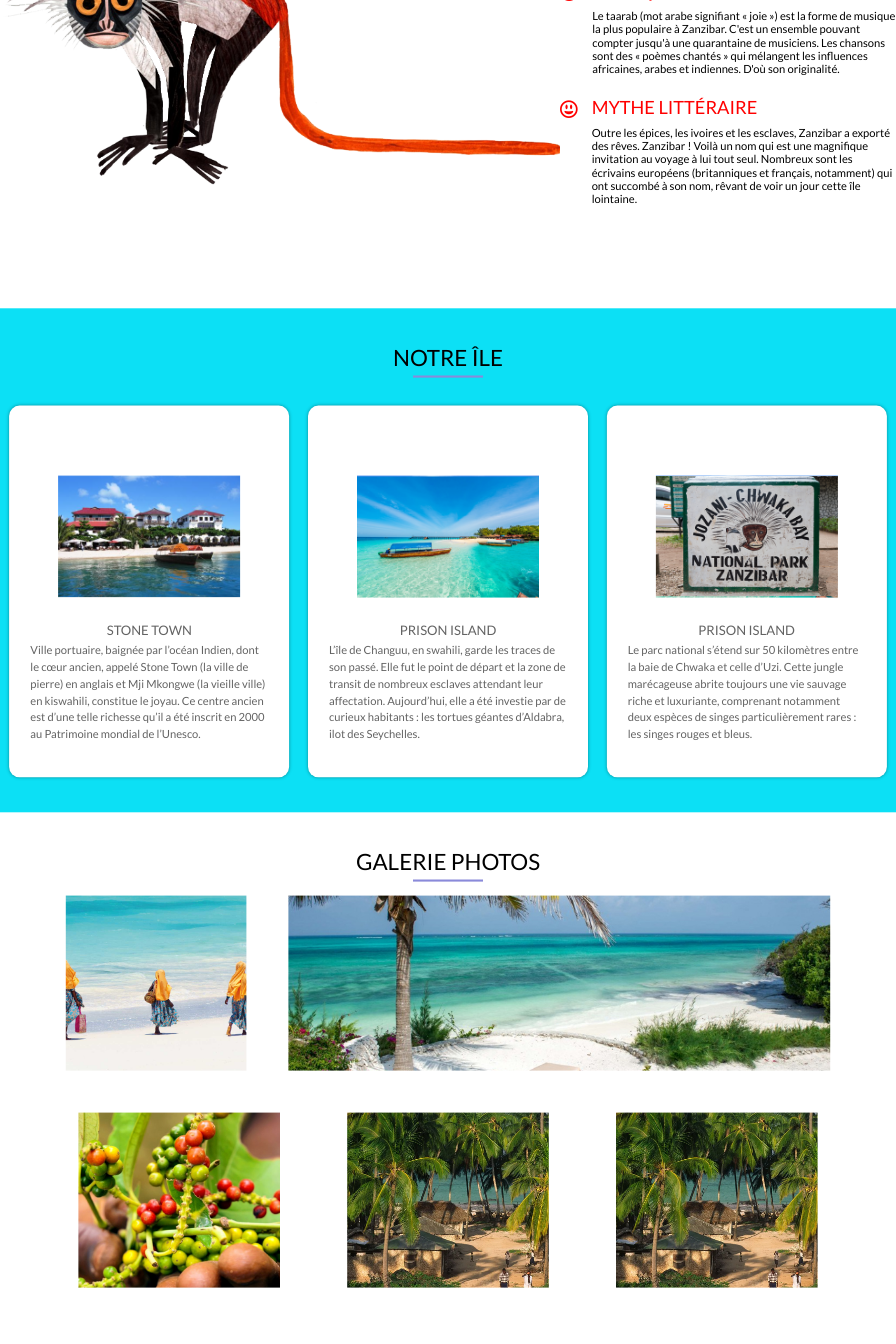
Repository: ypiard85/zanzibar
Page: index.html
These files come from the project's save history. The page is drawn as it stood at one moment and after the next save; the edit follows.
The browser window is 1280 px wide. The pictures show the part of the page from y = 1138 to 3058 px (the page is 3058 px tall), at 70% of full size.
Some web fonts or font styles are not loaded; a fallback is used.

Above is the page before, as saved 2021-03-01 11:25:43.

### index.html
<!DOCTYPE html>
<html lang="en">
  <head>
    <meta charset="UTF-8" />
    <meta http-equiv="X-UA-Compatible" content="IE=edge" />
    <meta name="viewport" content="width=device-width, initial-scale=1.0" />
    <link rel="stylesheet" href="font/font.css" />
    <link rel="stylesheet" href="./style.css" />
    <link
      rel="stylesheet"
      href="https://use.fontawesome.com/releases/v5.15.2/css/all.css"
      integrity="sha384-vSIIfh2YWi9wW0r9iZe7RJPrKwp6bG+s9QZMoITbCckVJqGCCRhc+ccxNcdpHuYu"
      crossorigin="anonymous"
    />
    <link
      href="https://fonts.googleapis.com/css?family=Lato:300,400,700"
      rel="stylesheet"
    />
    <link
      href="https://fonts.googleapis.com/css?family=Sanchez"
      rel="stylesheet"
    />
    <title> </title>
  </head>
  <body>
    <header role="header">
      <nav class="nav">
        <div class="nav_left">
          <a href="">
            Zanibar
          </a>
        </div>
        <ul class="nav_link">
          <li><a href="">Qui sommes-nous</a></li>
          <li><a href="">Notre île</a></li>
          <li><a href="">Photos</a></li>
          <li><a href="">Témoignages</a></li>
          <li><a href="">Nos séjours</a></li>
          <li><a href="">Contact</a></li>
        </ul>
      </nav>
    </header>
      <section class="image_thumbnail">
        <div class="content_thumbnail">
          <p class="titlte_first">ZANBIZAR</p>
          <p class="title_second">UN ART DE VIVRE</p>
          <p>Lorem ipsum dolor sit amet consectetur adipisicing elit.</p>
          <a href="" class="btn_plein">Notre île</a>
          <a href="" class="btn_empty">Contactez-nous</a>
        </div>
      </section>
      <section class="about">
        <div class="title">
          <p class="blue_border">Qui sommes-nous</p>
        </div>
        <div class="about_content">
          <div class="about_content_left">
            <img src="./tea.png" alt="tea image" />
          </div>
          <div class="about_content_right">
            <div class="about_content_option">
              <i class="far fa-check-circle"></i>
              <p>
                <span>RELIGIONS ET CROYANCES</span>
                La religion principale à Zanzibar est l'islam (97 %), à
                dominante sunnite. Les hindouistes constituent une toute petite
                communauté. Plusieurs minorités religieuses (musulmanes) ont élu
                domicile à Zanzibar : es ismaéliens (qui vénèrent Ismaël, l'un
                des descendants du prophète Ali, et dont le chef spirituel et
                temporel est le célèbre et richissime Aga Khan) et les dawoodis
                bohras, des Indo-Pakistanais, qui suivent les préceptes du
                Coran, mais dont la pratique religieuse, marginale, est beaucoup
                moins dogmatique.
              </p>
            </div>
            <div class="about_content_option">
              <i class="far fa-check-circle"></i>
              <p>
                <span>MUSIQUE</span>
                Le taarab (mot arabe signifiant « joie ») est la forme de
                musique la plus populaire à Zanzibar. C'est un ensemble pouvant
                compter jusqu'à une quarantaine de musiciens. Les chansons sont
                des « poèmes chantés » qui mélangent les influences africaines,
                arabes et indiennes. D'où son originalité.
              </p>
            </div>
            <div class="about_content_option">
              <i class="far fa-grin-alt"></i>
              <p>
                <span>MYTHE LITTÉRAIRE</span>
                Outre les épices, les ivoires et les esclaves, Zanzibar a
                exporté des rêves. Zanzibar ! Voilà un nom qui est une
                magnifique invitation au voyage à lui tout seul. Nombreux sont
                les écrivains européens (britanniques et français, notamment)
                qui ont succombé à son nom, rêvant de voir un jour cette île
                lointaine.
              </p>
            </div>
          </div>
        </div>
      </section>
      <section class="notre_ile">
        <div class="title">
          <p class="blue_border">Notre île</p>
        </div>
        <div class="content">
          <div class="card">
            <img src="./card/stone-town.png" alt="stone town" />
            <h3>STONE TOWN</h3>
            <p>
              Ville portuaire, baignée par l’océan Indien, dont le cœur ancien,
              appelé Stone Town (la ville de pierre) en anglais et Mji Mkongwe
              (la vieille ville) en kiswahili, constitue le joyau. Ce centre
              ancien est d’une telle richesse qu’il a été inscrit en 2000 au
              Patrimoine mondial de l’Unesco.
            </p>
          </div>
          <div class="card">
            <img src="./card/prison-island.png" alt="" />
            <h3>PRISON ISLAND</h3>
            <p>
              L’île de Changuu, en swahili, garde les traces de son passé. Elle
              fut le point de départ et la zone de transit de nombreux esclaves
              attendant leur affectation. Aujourd’hui, elle a été investie par
              de curieux habitants : les tortues géantes d’Aldabra, ilot des
              Seychelles.
            </p>
          </div>
          <div class="card">
            <img src="./card/parc-national-jozani.png" alt="" />
            <h3>PRISON ISLAND</h3>
            <p>
              Le parc national s’étend sur 50 kilomètres entre la baie de Chwaka
              et celle d’Uzi. Cette jungle marécageuse abrite toujours une vie
              sauvage riche et luxuriante, comprenant notamment deux espèces de
              singes particulièrement rares : les singes rouges et bleus.
            </p>
          </div>
        </div>
      </section>
      <section class="galerie">
        <div class="title">
          <p class="blue_border">GALERIE PHOTOS</p>
        </div>
        <div class="image_galerie">
            <div class="img_top">
              <div class="img_top_left"></div>
              <div class="img_top_right"></div>
            </div>
            <div class="img_bottom">
              <div class="img_bottom_left"></div>
              <div class="img_bottom_center"></div>
              <div class="img_bottom_right"></div>
            </div>
        </div>
      </section>
    </div>
  </body>
</html>

### font/font.css
/*! Generated by Font Squirrel (https://www.fontsquirrel.com) on June 4, 2019 */



@font-face {
    font-family: 'warnesregular';
    src: url('warnes-regular-webfont.eot');
    src: url('warnes-regular-webfont.eot?#iefix') format('embedded-opentype'),
         url('warnes-regular-webfont.woff2') format('woff2'),
         url('warnes-regular-webfont.woff') format('woff'),
         url('warnes-regular-webfont.ttf') format('truetype'),
         url('warnes-regular-webfont.svg#warnesregular') format('svg');
    font-weight: normal;
    font-style: normal;

}

### style.css
:root{
    --font-family-title: "warnesregular";
    --guillemet-citation: "Sanchez", serif;
    --font-size-title-medium: 32px;
    --button-header-blue: rgb(85, 85, 199);
    --font-size-title-red: red;
}

*{
    margin: 0;
    padding: 0;
    box-sizing: border-box;
    list-style: none;
    text-decoration: none;
    transition: 0.3s;
}

html {
    background-color: #fff;
    font-family: "Lato", "Arial", sans-serif;
}


.nav{
    background: black;
    display: flex;
    justify-content: space-around;
    align-items: center;
    padding: 5px 0;
    width: 100%;
}

section{
    padding: 50px 0;
}

.nav *{
    color: #fff;
}

.nav_left a{
    font-family: var(--font-family-title);
    font-size: 32px;
}

.nav_link{
    display: flex;
}

.nav_link li a{
    color: rgb(233, 233, 233);
    margin: 0 10px;

}

.image_thumbnail{
    background-image: url('./header.jpg');
    background-repeat: no-repeat;
    background-position: center right;
    height: 93vh;

}

.content_thumbnail{
    padding: 190px;
    color: #fff;
}

.content_thumbnail .titlte_first{
    font-size: 58px;
}

.content_thumbnail .title_second{
    font-size: 58px;
    font-weight: 100;
}

.content_thumbnail > a{
    display: inline-block;
    margin-top: 10px;
    padding: 8px 30px;
    border-radius: 8px;
    margin-right: 20px;
    font-weight: 600;
}

.btn_plein{
    background-color: white;
    color: var(--button-header-blue);
}

.btn_plein:hover{
    background-color: var(--button-header-blue);
    color: white;
}

.btn_empty{
    background-color: transparent;
    color: #fff;
    border: 2px solid #fff;
}

.btn_empty:hover{
    color: var(--button-header-blue);
    background-color: white;
}


section .title p {
    text-align: center;
    text-transform: uppercase;
    font-size: var(--font-size-title-medium);
    position: relative;
}

.blue_border::after{
    content: '';
    position: absolute;
    background-color: rgb(138, 138, 218);
    left: 0;
    right: 0;
    bottom: -10px;
    height: 3px;
    width: 100px;
    margin: 0 auto;
}

.about_content{
    margin-top: 60px;
    display: flex;
    justify-content: space-evenly;
}

.about_content_option{
    display: flex;
    margin-bottom: 30px;
}

.about_content_option i{
    font-size: 26px;
    color: var(--font-size-title-red);
    margin-right: 20px;
    margin-top: 5px;
}

.about_content_option p span{
    display: block;
    color: var(--font-size-title-red);
    font-size: 26px;
    margin-bottom: 10px;
}

.about_content_right{
    width: 500px;
}

.notre_ile{
    background-color: #0CE0F5;
}

.notre_ile > .content{
    margin-top: 50px;
}

.card{
    background-color: #FFF;
    display: flex;
    flex-direction: column;
    align-items: center;
    width: 400px;
    max-width: 100%;
    padding: 50px 30px;
    border-radius: 15px;
    box-shadow: 0 0 5px rgba(0, 0, 0, 0.411);
    color: rgb(99, 99, 99);
}

.card *{
    font-weight: normal ;
}

.card h3{
    margin-bottom: 5px;
}

.card p{
    line-height: 1.5rem;
}

.card img{
    width: 260px;
}

.notre_ile .content{
    display: flex;
    align-items: center;
    justify-content: space-around;

}

.image_galerie{
    display: flex;
    flex-direction: column;
    justify-content: space-between;
    width: 90%;
    margin: auto;
}

.img_top, .img_bottom{
    display: flex;
    justify-content: space-around;
}

.img_top div, .img_bottom div{
    margin: 30px;
    height: 250px;
}

.img_top_left{
    width: 25%;
    background-image: url('./galerie/femmes-zanzibar.jpg');
    background-size: cover;
    background-repeat: no-repeat;
    background-position: center center;

}

.img_top_right{
    width: 75%;
    background-image: url('./galerie/plage-zanzibar.jpg');
    background-size: cover;
    background-repeat: no-repeat;
    background-position: center center;
}

.img_bottom_left{
    width: 25%;
    background-image: url('./galerie/epices-zanzibar.jpg');
    background-size: cover;
    background-repeat: no-repeat;
    background-position: center center;
}

.img_bottom_center{
    width: 25%;
    background-image: url('./galerie/village-pecheur-zanzibar.jpg');
    background-size: cover;
    background-repeat: no-repeat;
    background-position: center center;
}

.img_bottom_right{
    width: 25%;
    background-image: url('./galerie/village-pecheur-zanzibar.jpg');
    background-size: cover;
    background-repeat: no-repeat;
    background-position: center center;
}

After the next save:
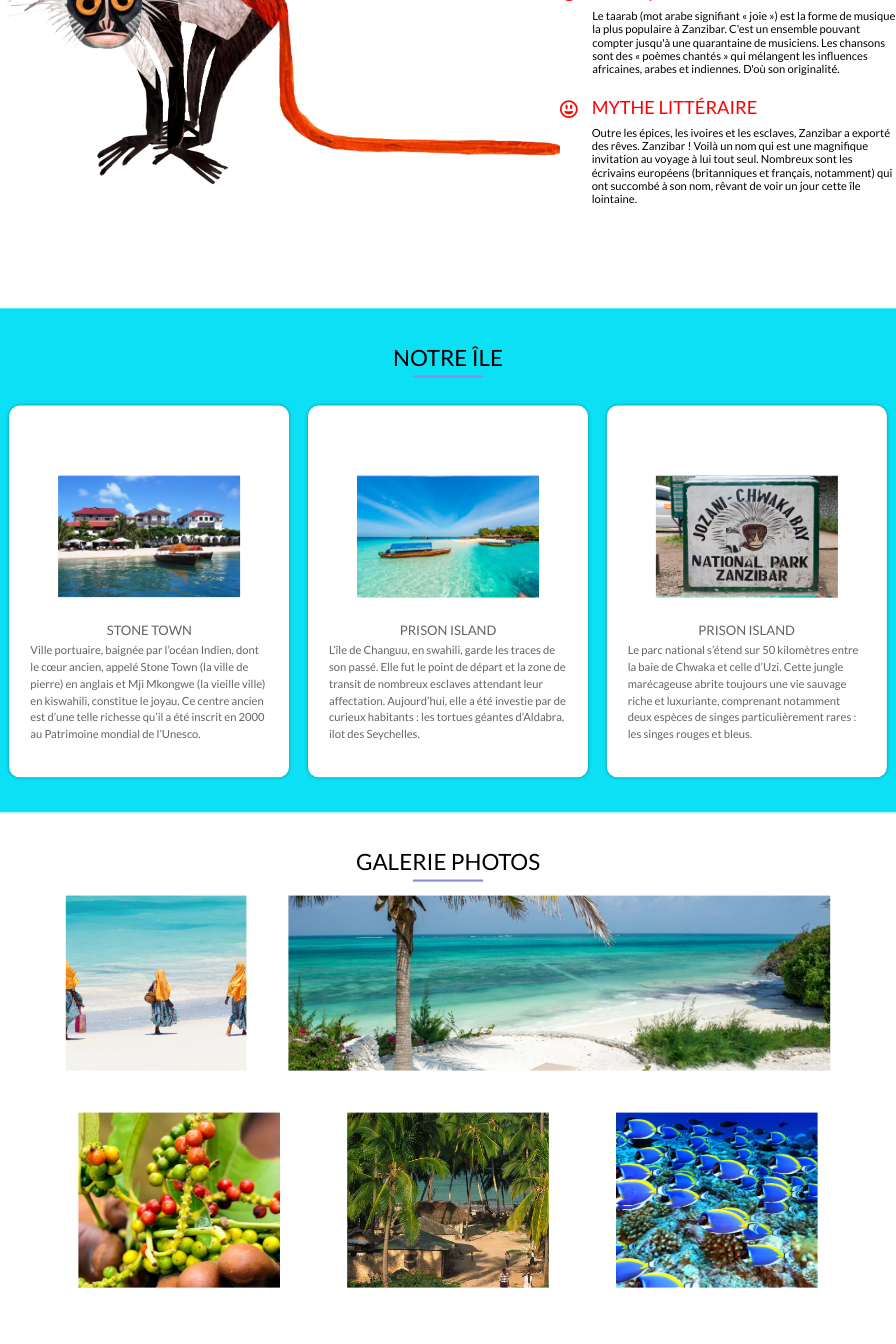
Saved 10 s later.
--- a/style.css
+++ b/style.css
@@ -251,8 +251,8 @@ section .title p {
 
 .img_bottom_right{
     width: 25%;
-    background-image: url('./galerie/village-pecheur-zanzibar.jpg');
-    background-size: cover;
-    background-repeat: no-repeat;
-    background-position: center center;
-}
+    background-image: url('./galerie/safari-blue.jpg');
+    background-size: cover;
+    background-repeat: no-repeat;
+    background-position: center center;
+}
